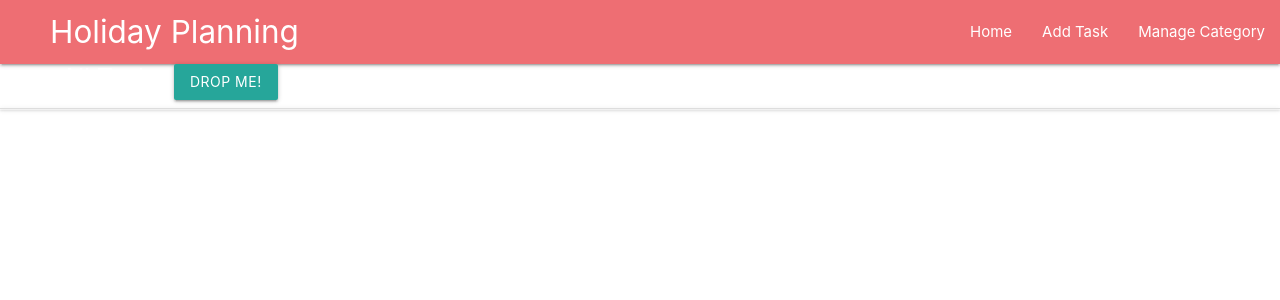
Repository: Code-Institute-Submissions/Project3-Holiday_Planning
Page: http://localhost/
The author's editor kept a record of every edit. The page is drawn from the files as they stood at one moment, then again after the next edit.
The browser window is 1280 px wide. The pictures show the whole page.
Some web libraries are served in a nearby version. The page is served by the project's application, run on Flask 3 (app.py). Queries for data that is not in the repository find no rows.

Above is the page before.

After the next edit:
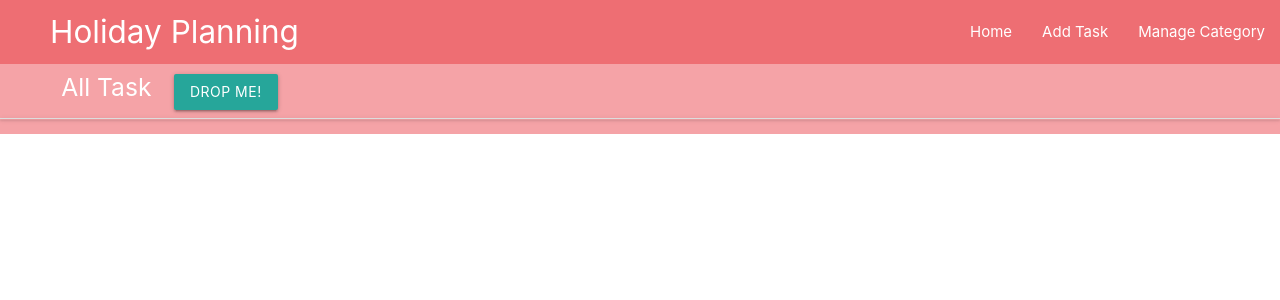
The edit:
--- a/static/css/style.css
+++ b/static/css/style.css
@@ -5,6 +5,16 @@
 }
 
 
+.allTask,
+.addTask{
+    /*color: white;*/
+    height:50px;
+    background-color: #f5a3a7;
+    vertical-align: baseline;
+    padding-top: 10px;
+    margin-bottom: 0px;
+    padding-bottom: 60px;
+}
 
 
 
